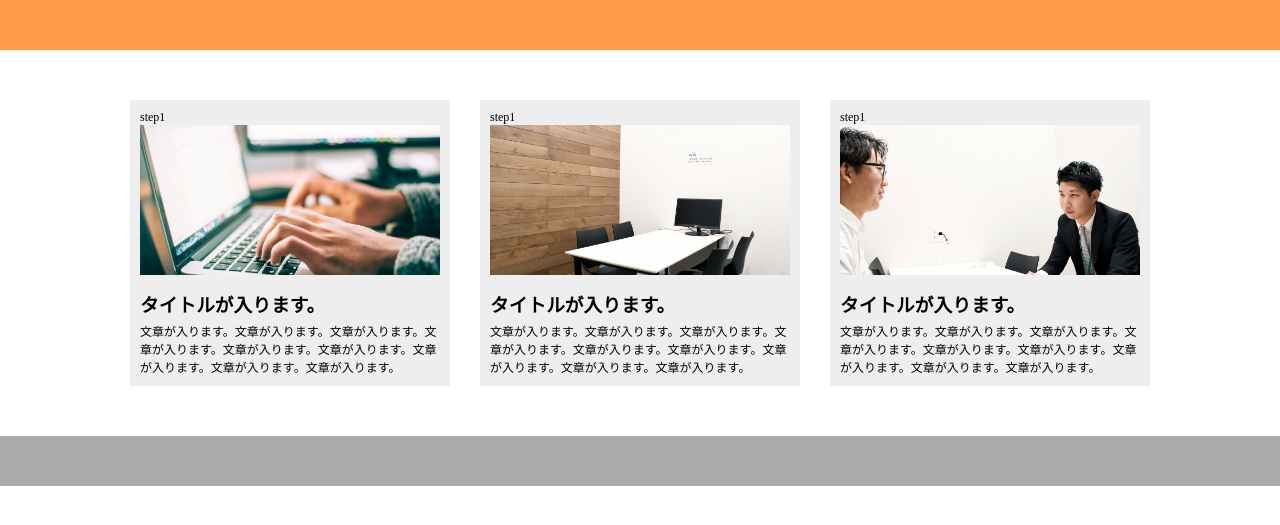
Repository: yukito7878/HTML-CSS-practice
Page: caravan/index9-practice.html
The author's editor kept a record of every edit. The page is drawn from the files as they stood at one moment, then again after the next edit.
The browser window is 1280 px wide. The pictures show the whole page.

Above is the page before.

After the next edit:
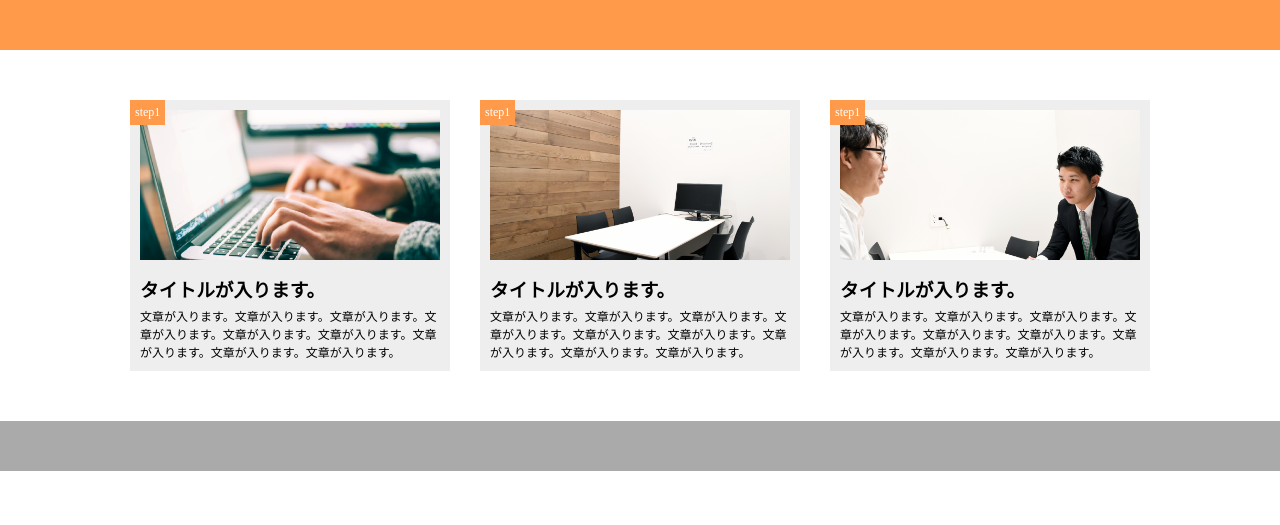
The edit:
--- a/caravan/style9-practice.css
+++ b/caravan/style9-practice.css
@@ -22,6 +22,16 @@
   width: 33.333%;
   padding: 10px 10px;
   background-color: #EEEEEE;
+  position: relative;
+}
+
+.step{
+  position: absolute;
+  top: 0px;
+  left: 0px;
+  background-color: #FF9A4B;
+  color: white;
+  padding: 5px 5px;
 }
 
 .each-block:nth-child(2){
